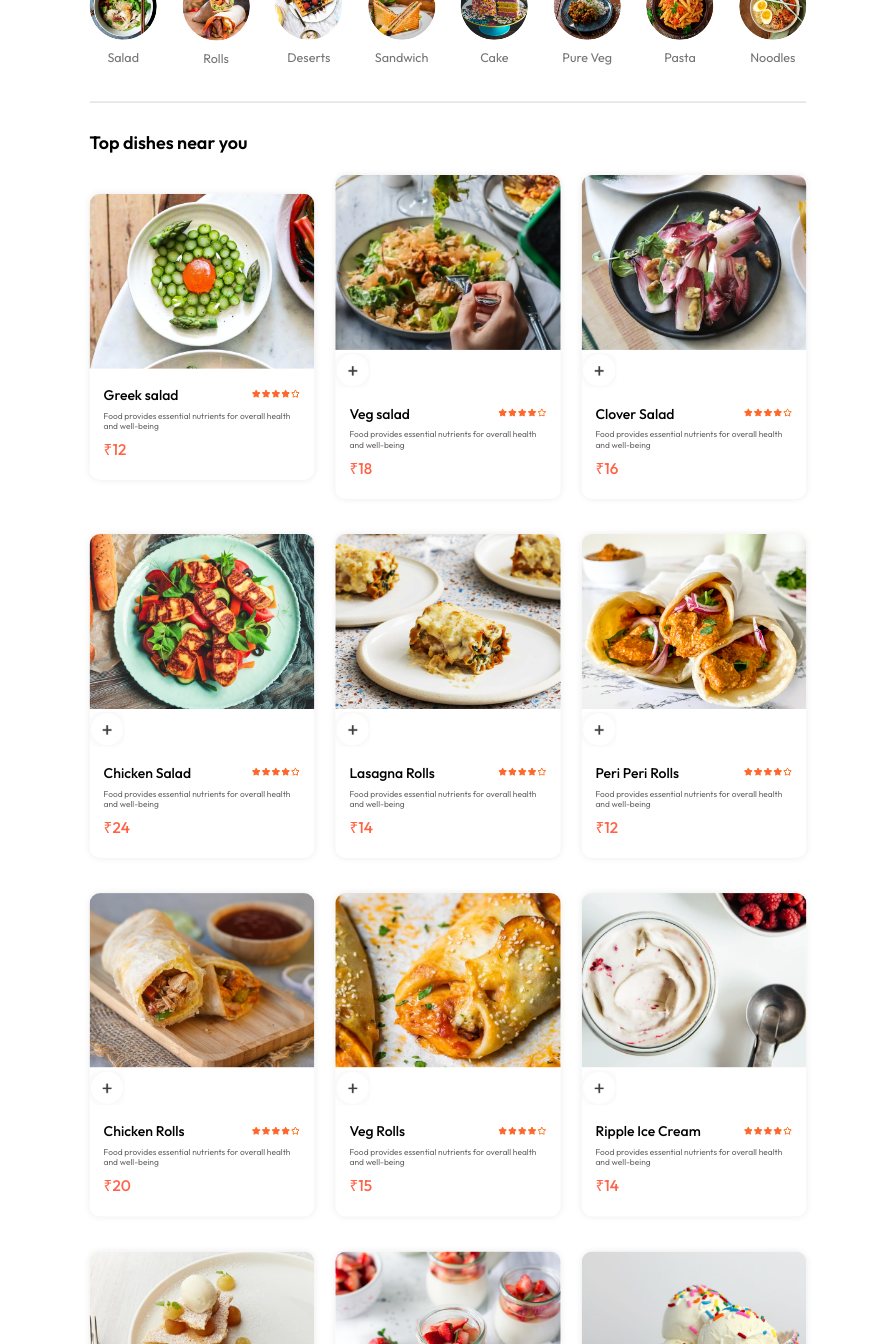
Repository: KartikChouhan03/food-delivery-app
Page: / (app in frontend/), after clicking the first element matching `img.add`
These files come from the project's save history. The page is drawn as it stood at one moment and after the next save; the edit follows.
The browser window is 1280 px wide. The pictures show the part of the page from y = 777 to 2697 px (the page is 6619 px tall before and 6661 px after), at 70% of full size.
Some web fonts or font styles are not loaded; a fallback is used. The project was rebuilt for these pictures with package versions that can differ from the ones it lists, and the page was loaded fresh each time. Also part of the build but not shown: frontend/vite.config.js, frontend/src/pages/Cart/Cart.css, frontend/src/pages/Cart/Cart.jsx, frontend/src/pages/PlaceOrder/PlaceOrder.css, frontend/src/pages/PlaceOrder/PlaceOrder.jsx.

Above is the page before, as saved 2025-08-16 00:32:57.

After the next save:
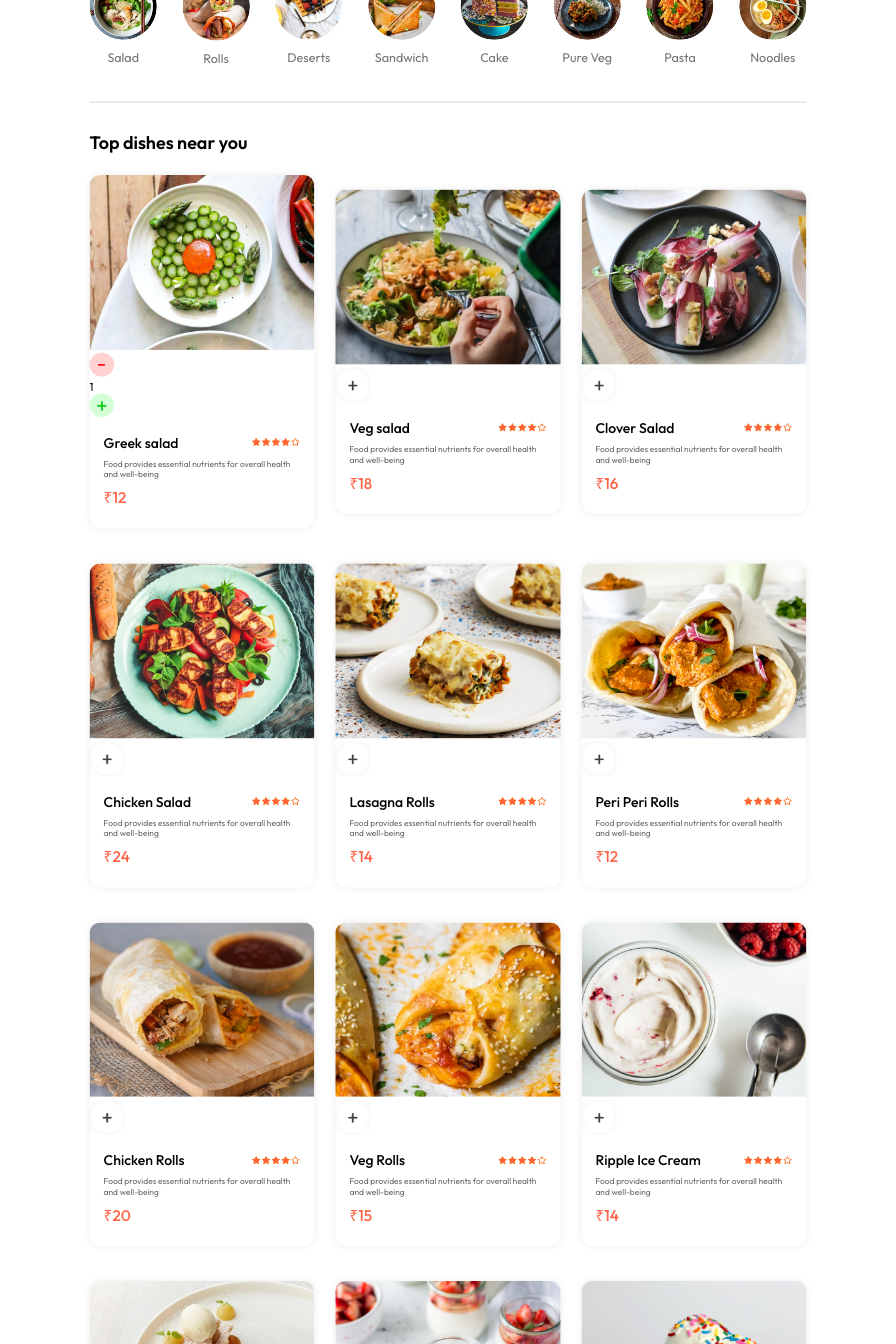
Saved 2 min 43 s later.
--- a/frontend/src/components/FoodItem/FoodItem.jsx
+++ b/frontend/src/components/FoodItem/FoodItem.jsx
@@ -14,7 +14,9 @@ const FoodItem = ({id, name, price, description, image}) => {
           !itemCount
             ? <img className='add' onClick={()=>setItemCount(prev=>prev+1)} src={assets.add_icon_white}/> :
               <div className='foot-item-counter'>
-
+                <img onClick={()=>setItemCount(prev=>prev-1)} src={assets.remove_icon_red} alt="" />
+                <p>{itemCount}</p>
+                <img onClick={()=>setItemCount(prev=>prev+1)} src={assets.add_icon_green} alt="" />
               </div>
         }
       </div>
